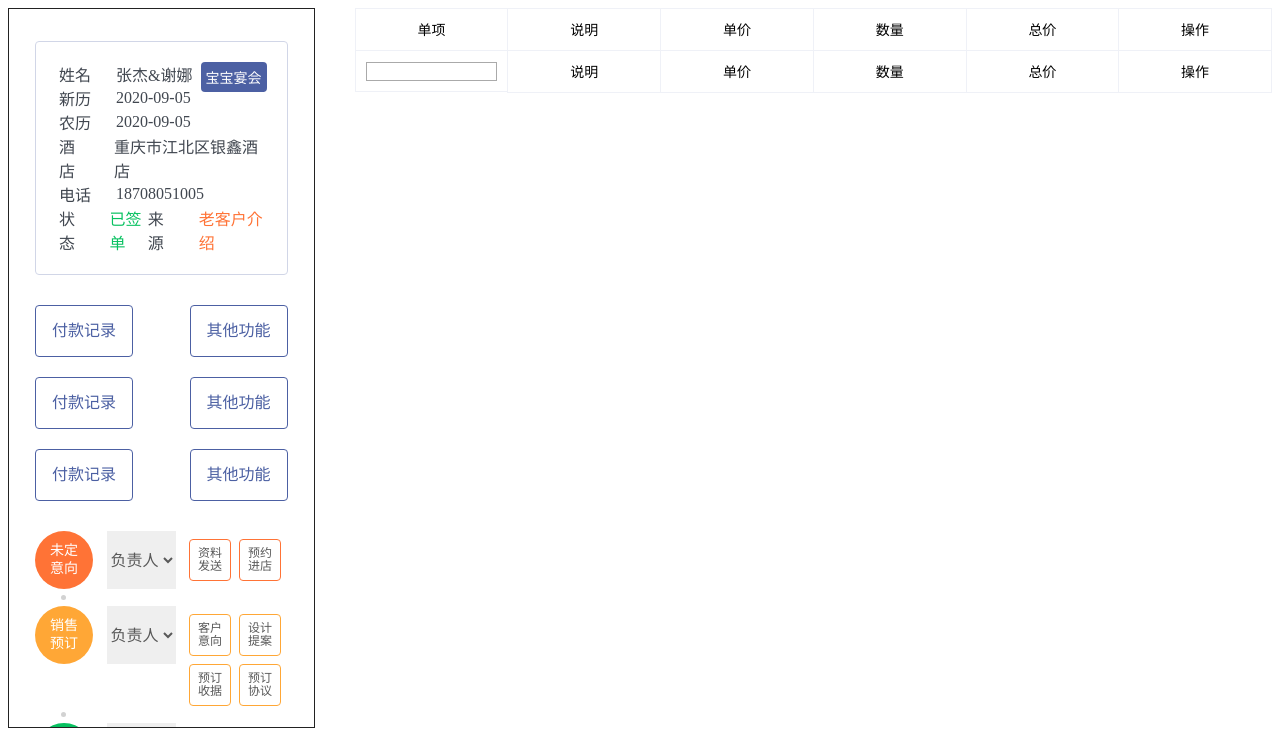
Repository: Lairuola/wedding-1
Page: index.html
The author's editor kept a copy of each file at every save. The page is drawn from the files as they stood at one save, then again after the next save.
The browser window is 1280 px wide. The pictures show the whole page.

Above is the page before, as saved 2020-12-24 15:46:35.

After the next save:
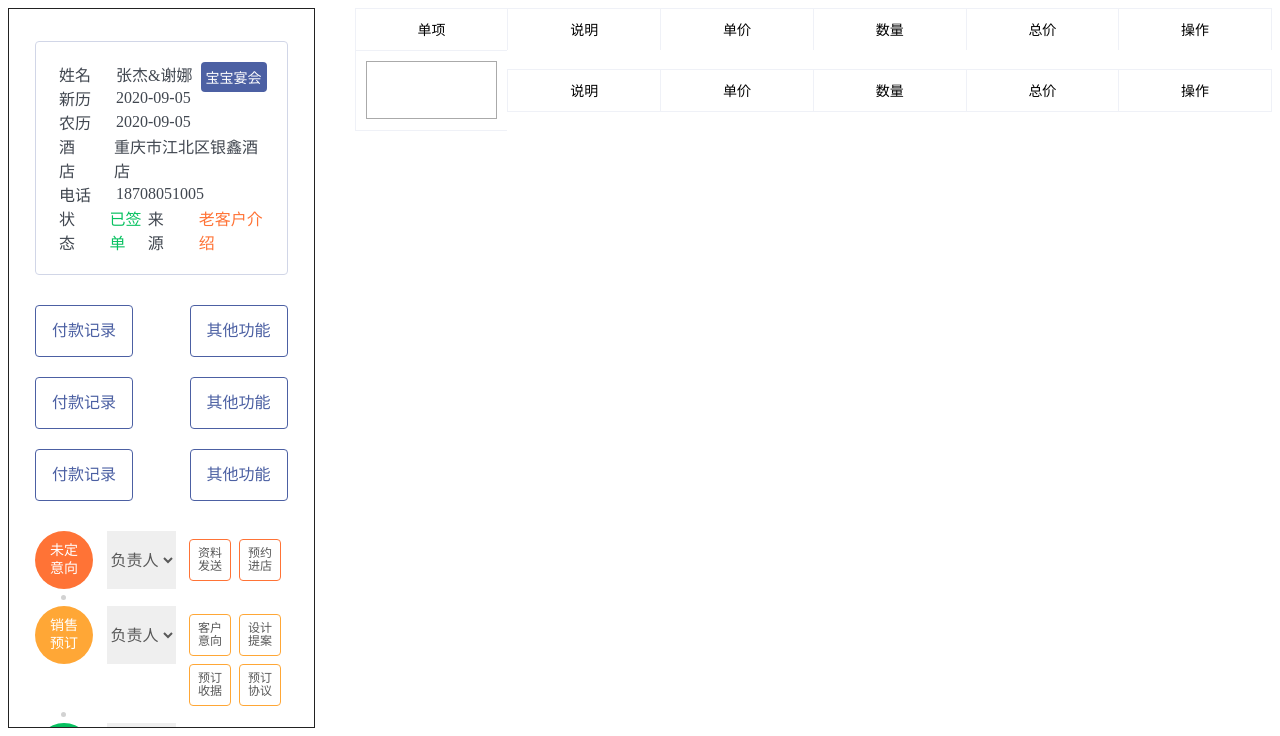
Saved 42 s later.
--- a/index.html
+++ b/index.html
@@ -2,7 +2,7 @@
  * @Author       : 濑若拉
  * @Date         : 2020-12-17 10:22:14
  * @LastEditors  : 濑若拉
- * @LastEditTime : 2020-12-24 15:46:35
+ * @LastEditTime : 2020-12-24 15:47:17
  * @FilePath     : /slidebar/index.html
 -->
 
@@ -316,7 +316,8 @@
       background-color: #fff;
       border: 1px solid #aaa;
       width: 100%;
-      height: 100%;
+      height: 28px;
+      padding: 14px;
     }
   </style>
 </head>
